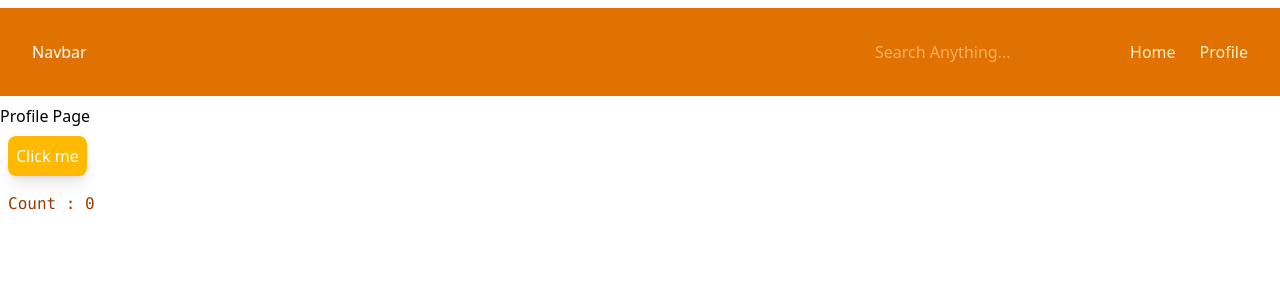
Repository: samit2059/CollegeReact
Page: / (app in react/collegereact/)
These files come from the project's save history. The page is drawn as it stood at one moment and after the next save; the edit follows.
The browser window is 1280 px wide. The pictures show the whole page.
The project was rebuilt for these pictures with package versions that can differ from the ones it lists, and the page was loaded fresh each time. Also part of the build but not shown: react/collegereact/vite.config.js, react/collegereact/src/App.jsx, react/collegereact/src/navbar.jsx, react/collegereact/src/Props Example/First.jsx, react/collegereact/src/Props Example/Second.jsx.

Above is the page before, as saved 2026-01-21 10:52:19.

### react/collegereact/index.html
<!doctype html>
<html lang="en">
  <head>
    <meta charset="UTF-8" />
    <link rel="icon" type="image/svg+xml" href="/vite.svg" />
    <meta name="viewport" content="width=device-width, initial-scale=1.0" />
    <title>collegereact</title>
  </head>
  <body>
    <div id="root"></div>
    <script type="module" src="/src/main.jsx"></script>
  </body>
</html>

### react/collegereact/src/main.jsx
import { StrictMode } from "react";
import { createRoot } from "react-dom/client";
import "./index.css";
import App from "./App.jsx";
import Navbar from "./navbar.jsx";
import Nav1 from "./nav1.jsx";
import First from "./Props Example/First.jsx";
// import Profile from "./profile.jsx";
import Profile from "./StateExamples/profile.jsx";
import Second from "./Props Example/Second.jsx";
// import Home from './Home.jsx'
// import { Second } from './Home.jsx'

// let myObj = {
//   address: "ktm",
//   age: 23,
//   fullName: "rams"
// }
// let profile = {
//   username:"Samit Shrestha",
//   email:"shrestha@gmail.com",
//   age:18,
//   address:"Bhaktapur",
// };
createRoot(document.getElementById("root")).render(
  <StrictMode>
    {/* <Navbar /> */}
    <Nav1 />
    {/* <First address={"BKT"} age={33} fullName="motorcycle" /> */}
    {/* <First {...myObj} /> */}
    <Profile />
    {/* <App /> */}
    {/* <Second /> */}
    {/* <Home />   */}
  </StrictMode>
);

### react/collegereact/src/index.css
@import "tailwindcss";

/* in index.css (after tailwind layers) */
/* .tw-root .btn {
  @apply px-4 py-2 bg-blue-500 text-white rounded;
} */

### react/collegereact/src/nav1.jsx
import React from 'react';
import './navbar.css'

const Nav1 = () => {
  let handleProfile = (e) => {
    e.target.style.color = "red";
    e.target.style.backgroundColor = "black"
    console.log("profile clicked");
    console.log(e.target.style);
    /*
    let event ={
     target:{
        value:"Profile",
        style:{
            color:"red",
            backgroundColor:"black"
        }
     }
    } */
  }
  let handleChangeOnsearch = (e) => {
    console.log(e.target.value);
    // e.target.style.backgroundColor = "black"
    e.target.style.color = "red"
    let l = e.target.value;
    console.log(l.length);
    let random1 = Math.floor(Math.random() * 255);
    let random2 = Math.floor(Math.random() * 255);
    let random3 = Math.floor(Math.random() * 255);

    e.target.style.backgroundColor = `rgb(${random1}, ${random2}, ${random3})`
    console.log(random1);
    console.log(random2);
    console.log(random3);
  }
  return (
    <div className=' !p-8 !my-2 flex bg-amber-600 text-amber-100 justify-between items-center'>
      <h1 className='navelement'>Navbar</h1>
      <div className='menus flex gap-6'>
        <div className=''>
            <input placeholder='Search Anything...' onChange={handleChangeOnsearch} className=''/>
        </div>
        <h4 onClick={(e) => {
          console.log("home clicked");
          console.log(e.target);

        }}>Home</h4>
        <h4 onClick={handleProfile}>Profile</h4>
      </div>
    </div>
  )
}

export default Nav1

### react/collegereact/src/StateExamples/profile.jsx
import { useState } from "react"

let Profile = () =>{
    const [count, setCount] = useState(0);
    return (
        <div>
            <h1>Profile Page</h1>
            <button onClick={() => setCount(count+1)} className="p-2 m-2 bg-amber-400 font-medium rounded-lg shadow-lg text-white">Click me</button>
            <p className="p-2 text-amber-800 font-mono ">Count : {count}</p>
        </div>
    )
}

export default Profile

### react/collegereact/src/navbar.css


.navelement {
    color: white;
}

.navelement:hover {
    color: aliceblue;
}

.navbar {
    /* padding: 30px 20px; */
}

After the next save:
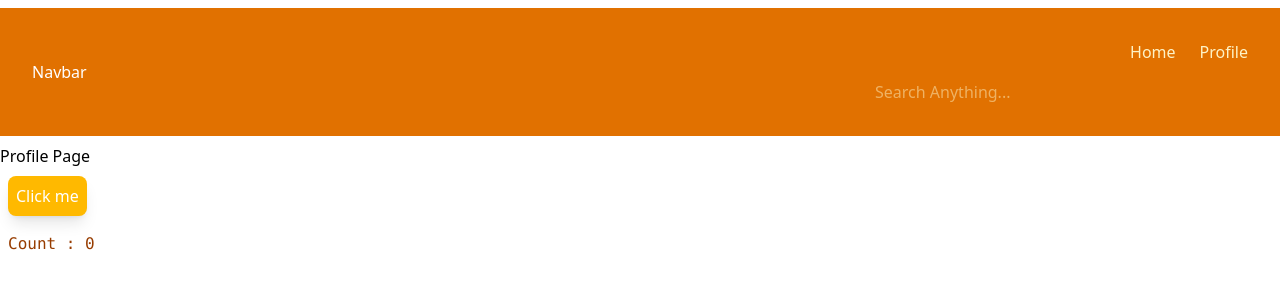
Saved 8 s later.
--- a/react/collegereact/src/nav1.jsx
+++ b/react/collegereact/src/nav1.jsx
@@ -37,7 +37,7 @@
     <div className=' !p-8 !my-2 flex bg-amber-600 text-amber-100 justify-between items-center'>
       <h1 className='navelement'>Navbar</h1>
       <div className='menus flex gap-6'>
-        <div className=''>
+        <div className='max-w-md mx-auto mt-10'>
             <input placeholder='Search Anything...' onChange={handleChangeOnsearch} className=''/>
         </div>
         <h4 onClick={(e) => {

After the save that followed:
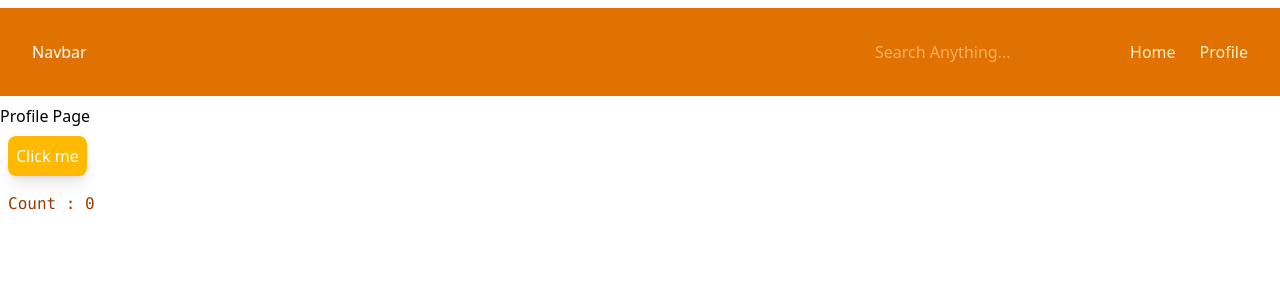
Saved 6 s later.
--- a/react/collegereact/src/nav1.jsx
+++ b/react/collegereact/src/nav1.jsx
@@ -37,7 +37,7 @@
     <div className=' !p-8 !my-2 flex bg-amber-600 text-amber-100 justify-between items-center'>
       <h1 className='navelement'>Navbar</h1>
       <div className='menus flex gap-6'>
-        <div className='max-w-md mx-auto mt-10'>
+        <div className='max-w-md mx-auto '>
             <input placeholder='Search Anything...' onChange={handleChangeOnsearch} className=''/>
         </div>
         <h4 onClick={(e) => {
